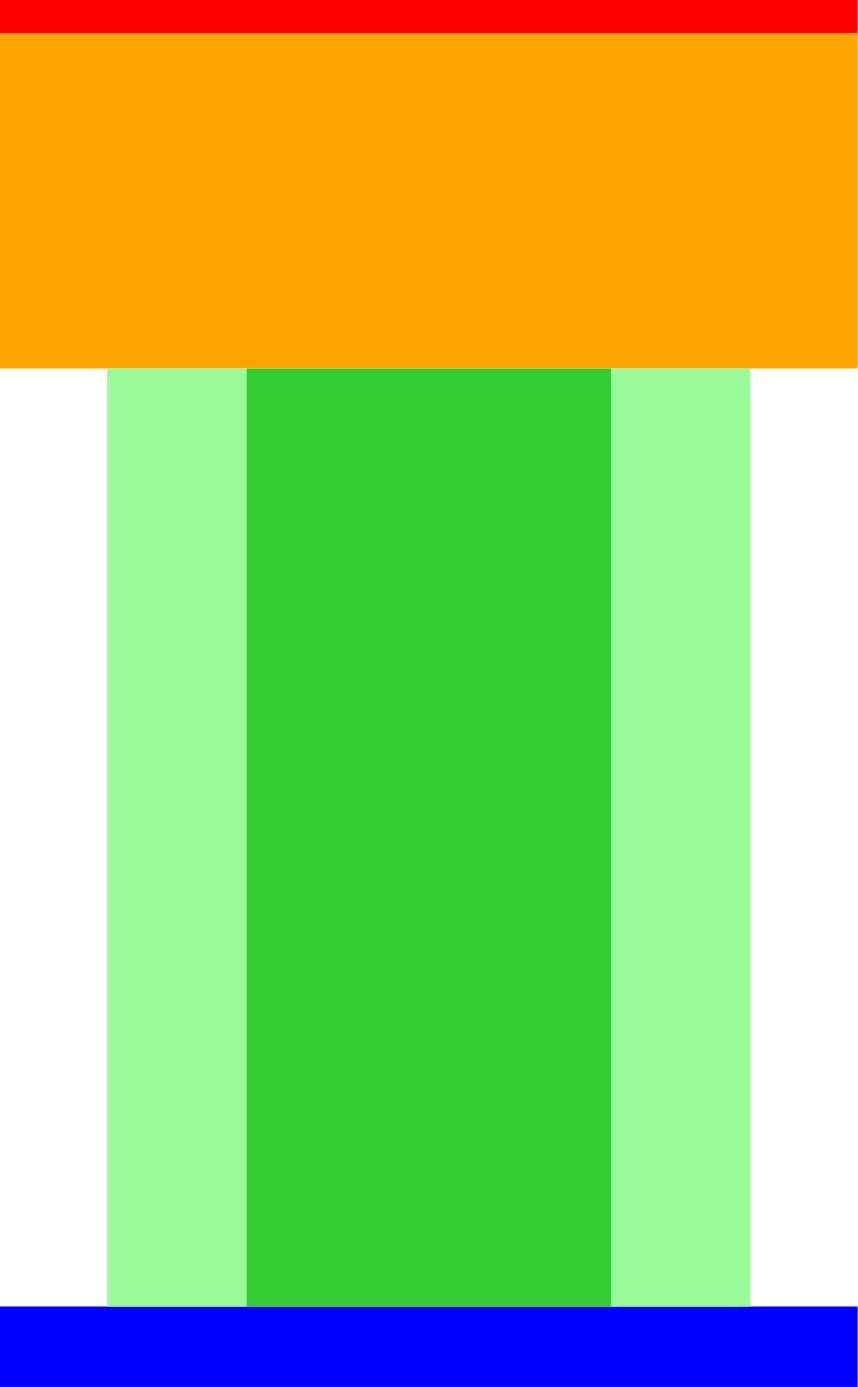
Repository: decknoboh/exercise1-8
Page: exercise1-4/index.html
The author's editor kept a record of every edit. The page is drawn from the files as they stood at one moment, then again after the next edit.
The browser window is 1280 px wide. The pictures show the whole page, at 67% of full size.

Above is the page before.

### exercise1-4/index.html
<!DOCTYPE html>
<html lang="ja">
  <head>
    <meta charset="utf-8"/>
    <link rel="stylesheet" href="style.css"/>
    <title>4章演習</title>
  </head>

  <body>
    <div class="header"></div>
    <div class="main-visual"></div>
    <div class="main">
      <div class="sidebar-left"></div>
      <div class="blog"></div>
      <div class="sidebar-right"></div>
    </div>
    <div class="footer"></div>
  </body>
</html>

### exercise1-4/style.css
*{
  margin: 0;
  padding: 0;
  box-sizing: border-box;
}

.header{
  width: 100%;
  height: 50px;
  background-color: red;
}

.main-visual{
  width: 100%;
  height: 500px;
  background-color: orange;
}

.main{
  width: 960px;
  display: flex;
  justify-content: center;
  margin: 0 auto;
}

.sidebar-left{
  width: 230px;
  height: 1400px;
  background-color: palegreen;
}

.blog{
  width: 600px;
  height: 1400px;
  background-color: limegreen;
}

.sidebar-right{
  width: 230px;
  height: 1400px;
  background-color: palegreen;
}

.footer{
  width: 100%;
  height: 120px;
  background-color: blue;
}

After the next edit:
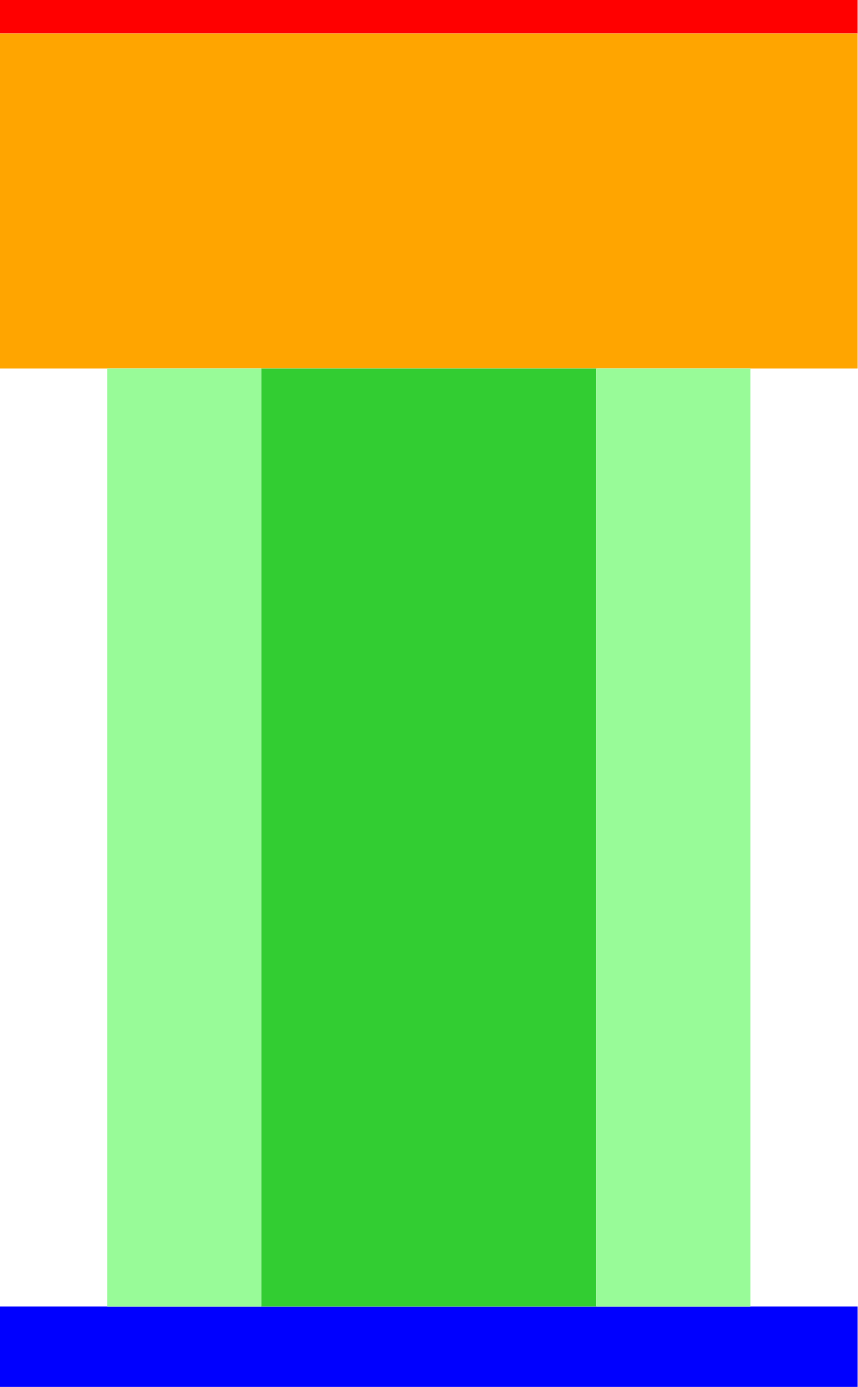
The edit:
--- a/exercise1-4/style.css
+++ b/exercise1-4/style.css
@@ -30,7 +30,7 @@
 }
 
 .blog{
-  width: 600px;
+  width: 500px;
   height: 1400px;
   background-color: limegreen;
 }
